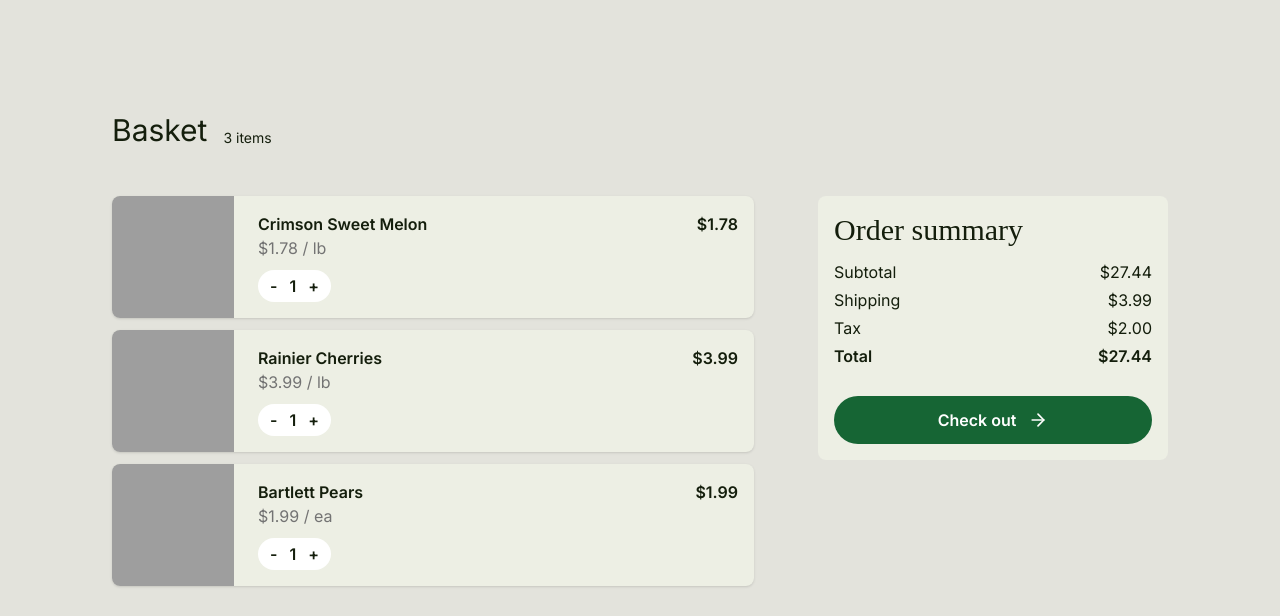
Repository: wswiselife/CSS
Page: / (app in figma-20240618/)
These files come from the project's save history. The page is drawn as it stood at one moment and after the next save; the edit follows.
The browser window is 1280 px wide. The pictures show the part of the page from y = 1280 to 1896 px (the page is 1896 px tall).
Pictures or frames that could not be fetched are drawn as grey boxes. Some web fonts or font styles are not loaded; a fallback is used. The project was rebuilt for these pictures with package versions that can differ from the ones it lists, and the page was loaded fresh each time. The framework's server and built-in components were replaced by stand-ins that run in the browser. Also part of the build but not shown: figma-20240618/next.config.mjs, figma-20240618/app/components/navbar/UserItem.tsx.

Above is the page before, as saved 2024-06-19 08:43:52.

After the next save:
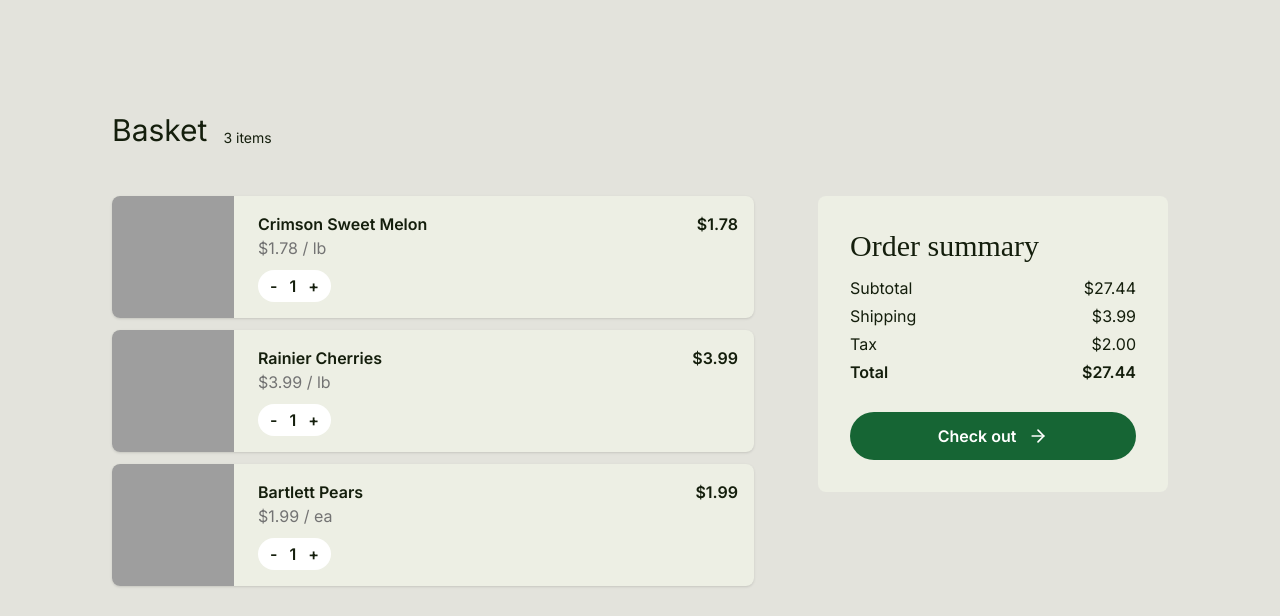
Saved 4 s later.
--- a/figma-20240618/app/components/Basket.tsx
+++ b/figma-20240618/app/components/Basket.tsx
@@ -87,7 +87,7 @@ const Basket = ()=>{
                 </div>
 
                 {/* order summary */}
-                <div className="w-full md:w-[350px] bg-[#edefe4] rounded-lg p-4">
+                <div className="w-full md:w-[350px] bg-[#edefe4] rounded-lg p-8">
                     {/* title */}
                     <div className="text-3xl text-center md:text-left font-playwrite">
                         Order summary
